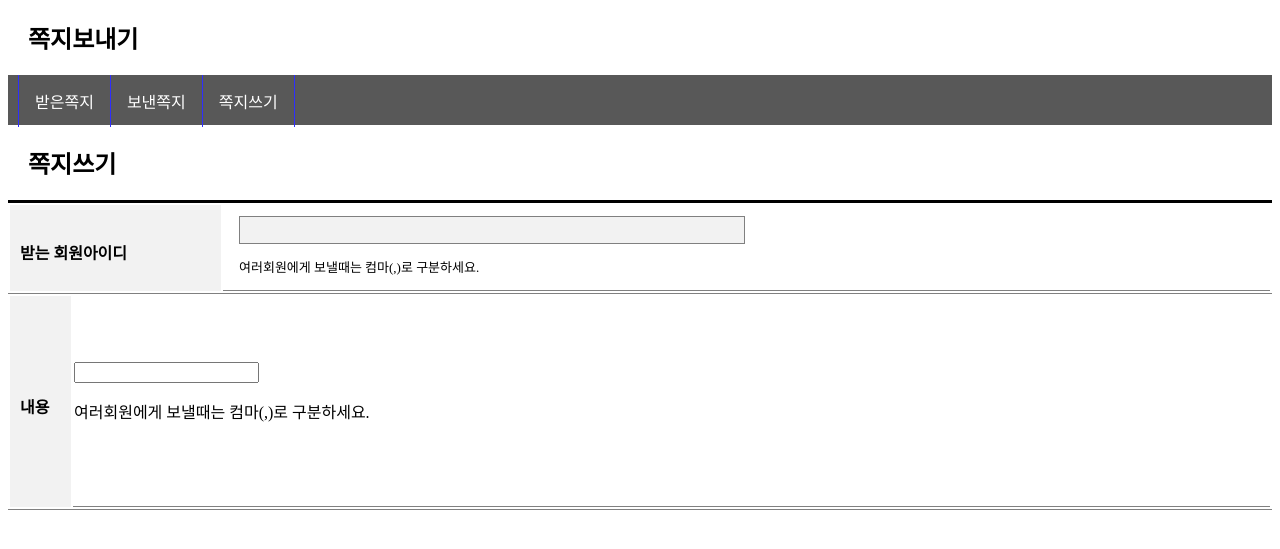
Repository: ks12b0000/JSP-School-Class
Page: chap10_JSP/src/main/webapp/Test/sendMessage.html
The author's editor kept a copy of each file at every save. The page is drawn from the files as they stood at one save, then again after the next save.
The browser window is 1280 px wide. The pictures show the whole page.

Above is the page before, as saved 2022-06-04 11:32:45.

After the next save:
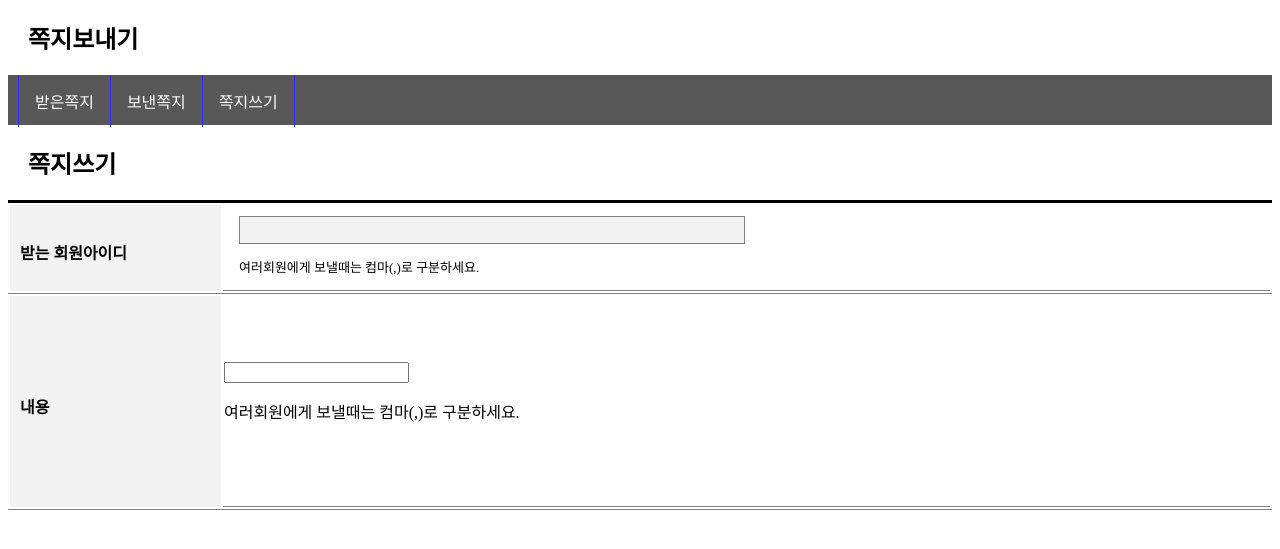
Saved 17 s later.
--- a/chap10_JSP/src/main/webapp/Test/loginWrite.css
+++ b/chap10_JSP/src/main/webapp/Test/loginWrite.css
@@ -268,7 +268,7 @@
 		padding-left:10px;
 		padding-top: 10px;
 		text-align: left;
-		width: 50px;
+		width: 200px;
 		background-color: #F2F2F2;
 		height: 200px;
 	}
